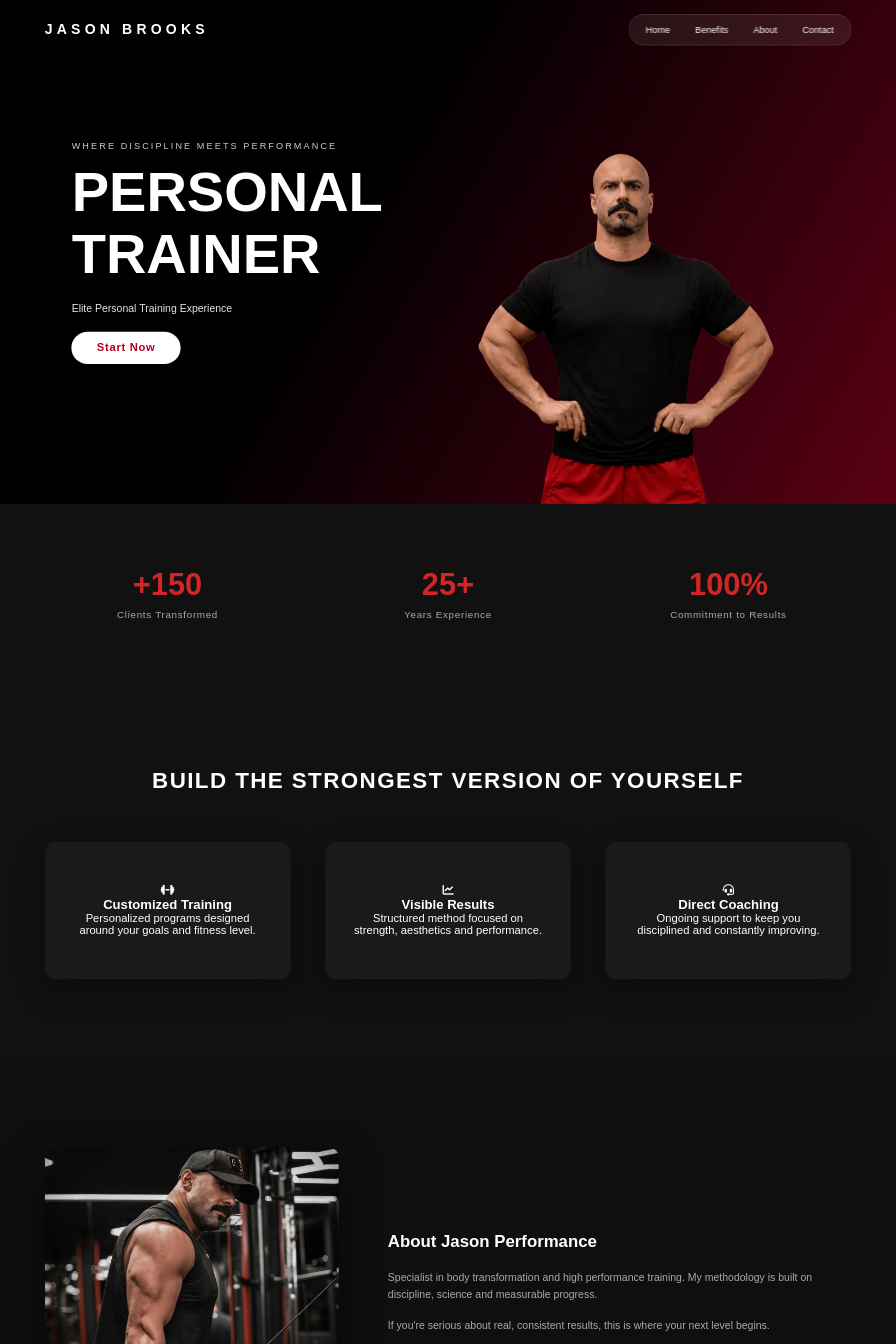
Repository: davidfsillva/Jason-Brooks
Page: index.html
These files come from the project's save history. The page is drawn as it stood at one moment and after the next save; the edit follows.
The browser window is 1280 px wide. The pictures show the part of the page from y = 0 to 1920 px (the page is 3042 px tall), at 70% of full size.
Some web fonts or font styles are not loaded; a fallback is used.

Above is the page before, as saved 2026-02-20 23:26:52.

### index.html
<!DOCTYPE html>
<html lang="en">
<head>
    <!-- META SEO -->
    <meta charset="UTF-8">
    <meta name="viewport" content="width=device-width, initial-scale=1.0">

    <title>Axon Performance | Personal Trainer</title>
    <meta name="description" content="Personal trainer focused on performance, aesthetics and real physical transformation. Customized training programs for serious results.">

    <!-- Open Graph -->
    <meta property="og:title" content="Axon Performance | Personal Trainer">
    <meta property="og:description" content="Customized training programs focused on performance and transformation.">
    <meta property="og:type" content="website">
    <meta property="og:image" content="https://yourdomain.com/preview.jpg">

    <!-- Font Awesome (removido duplicado) -->
    <link rel="stylesheet" href="https://cdnjs.cloudflare.com/ajax/libs/font-awesome/6.5.1/css/all.min.css">

    <!-- Canonical -->
    <link rel="canonical" href="https://yourdomain.com/">

    <!-- CSS -->
    <link rel="stylesheet" href="style.css">

    <!-- JS -->
    <script src="script.js" defer></script>
</head>

<body>

    <!-- ================= HEADER ================= -->
    <header class="header">
        <div class="container nav-container">
            <div class="logo">JASON BROOKS </div>

            <nav class="nav" id="nav">
                <a href="#home" class="active">Home</a>
                <a href="#benefits">Benefits</a>
                <a href="#about">About</a>
                <a href="#contact">Contact</a>
            </nav>

            <button
                class="menu-toggle"
                id="menu-toggle"
                aria-label="Toggle navigation menu"
                aria-expanded="false">

                <span class="hamburger">
                    <span></span>
                    <span></span>
                    <span></span>
                </span>

            </button>
        </div>
    </header>

    <!-- ================= HERO ================= -->
    <section class="hero">

        <div class="hero-content">
            <p class="hero-small">Where Discipline Meets Performance</p>
            <h1>PERSONAL<br>TRAINER</h1>
            <p class="hero-sub">Elite Personal Training Experience</p>
            <a href="#" class="btn-primary">Start Now</a>
        </div>

        <div class="hero-image-side">
            <img src="img/newhero.webp" alt="Personal Trainer">
        </div>

    </section>

    <!-- ================= STATS ================= -->
    <section class="stats">
        <div class="container stats-grid">
            <div class="stat-item">
                <h3>+150</h3>
                <p>Clients Transformed</p>
            </div>
            <div class="stat-item">
                <h3>25+</h3>
                <p>Years Experience</p>
            </div>
            <div class="stat-item">
                <h3>100%</h3>
                <p>Commitment to Results</p>
            </div>
        </div>
    </section>

    <!-- ================= BENEFITS ================= -->
    <section class="benefits" id="benefits">
        <div class="container">
            <h2 class="section-title fade-in">Build the Strongest Version of Yourself</h2>

            <div class="benefits-grid">

                <div class="benefit-card fade-in">
                    <i class="fa-solid fa-dumbbell"></i>
                    <h3>Customized Training</h3>
                    <p>Personalized programs designed around your goals and fitness level.</p>
                </div>

                <div class="benefit-card fade-in">
                    <i class="fa-solid fa-chart-line"></i>
                    <h3>Visible Results</h3>
                    <p>Structured method focused on strength, aesthetics and performance.</p>
                </div>

                <div class="benefit-card fade-in">
                    <i class="fa-solid fa-headset"></i>
                    <h3>Direct Coaching</h3>
                    <p>Ongoing support to keep you disciplined and constantly improving.</p>
                </div>

            </div>
        </div>
    </section>

    <!-- ================= ABOUT ================= -->
    <section class="about" id="about">
        <div class="container about-container fade-in">

            <div class="about-image">
                <img src="img/hero2.webp" alt="Professional personal trainer coaching client">
            </div>

            <div class="about-text">
                <h2>About Jason Performance</h2>
                <p>
                    Specialist in body transformation and high performance training.
                    My methodology is built on discipline, science and measurable progress.
                </p>
                <p>
                    If you're serious about real, consistent results,
                    this is where your next level begins.
                </p>
                <a href="#contact" class="btn-secondary">Work With Me</a>
            </div>

        </div>
    </section>

    <!-- ================= CTA ================= -->
    <section class="cta" id="contact">
        <div class="container fade-in">
            <h2>Ready to Elevate Your Performance?</h2>
            <p>Fill out the form below and start your transformation today.</p>

            <form id="contact-form" class="contact-form" novalidate>
                <input
                    type="text"
                    id="name"
                    placeholder="Your Name"
                    required
                    aria-label="Your Name">

                <input
                    type="email"
                    id="email"
                    placeholder="Your Email"
                    required
                    aria-label="Your Email">

                <button type="submit" class="btn-primary">
                    Start Now
                </button>

                <p id="form-message" role="alert"></p>
            </form>
        </div>
    </section>

    <!-- ================= FOOTER ================= -->
    <footer class="footer">
        <p>© 2026 Jason Brooks - All Rights Reserved</p>
    </footer>

</body>
</html>

### style.css
/* ================= FONT ================= */
@font-face {
    font-family: 'TT Answer';
    src: url('fonts/TTAnswer-Regular.woff2') format('woff2');
    font-weight: 400;
    font-style: normal;
}

@font-face {
    font-family: 'TT Answer';
    src: url('fonts/TTAnswer-Medium.woff2') format('woff2');
    font-weight: 500;
    font-style: normal;
}

@font-face {
    font-family: 'TT Answer';
    src: url('fonts/TTAnswer-Bold.woff2') format('woff2');
    font-weight: 700;
    font-style: normal;
}


/* ================= DESIGN SYSTEM ================= */
:root {
    --primary: #b0002a;
    --primary-light: #d32525;
    --dark: #0f0f0f;
    --dark-light: #1a1a1a;
    --text: #ffffff;
    --text-muted: #aaaaaa;
    --radius: 14px;
    --transition: 0.3s ease;
}


/* ================= RESET ================= */
* {
    margin: 0;
    padding: 0;
    box-sizing: border-box;
}

body {
    font-family: 'Playfair Display', sans-serif;
    background: var(--dark);
    color: var(--text);
    scroll-behavior: smooth;
    -webkit-font-smoothing: antialiased;

}

.container {
    width: 90%;
    max-width: 1200px;
    margin: auto;
}


/* ================= HEADER ================= */
header {
    position: fixed;
    top: 0;
    left: 0;
    width: 100%;
    padding: 20px 0;
    background: transparent;
    z-index: 10;
    transition: 0.3s ease;

}

.nav-container {
    display: flex;
    justify-content: space-between;
    align-items: center;
}

.logo {
    font-size: 20px;
    font-weight: 700;
    letter-spacing: 6px;
    text-transform: uppercase;
}

/* ================= MENU PILL ================= */
.nav {
    display: flex;
    align-items: center;
    padding: 6px;
    border-radius: 40px;
    background: rgba(255,255,255,0.08);
    backdrop-filter: blur(12px);
    border: 1px solid rgba(255,255,255,0.15);
}

.nav a {
    text-decoration: none;
    color: white;
    font-size: 13px;
    font-weight: 500;
    padding: 8px 18px;
    border-radius: 30px;
    transition: 0.3s ease;
}

.nav a.active {
    background: rgba(255, 255, 255, 0.185);
    color: white;
}

.nav a:hover {
    color: var(--primary-light);
}

.menu-toggle {
    display: none;
    font-size: 26px;
    cursor: pointer;
}

.header.scrolled {
    background: rgba(0,0,0,0.85);
    padding: 15px 0;
}

/* ================= HAMBURGER PREMIUM ================= */

.menu-toggle {
    background: none;
    border: none;
    cursor: pointer;
    display: none;
    z-index: 1100;
}

.hamburger {
    width: 28px;
    height: 20px;
    position: relative;
    display: flex;
    flex-direction: column;
    justify-content: space-between;
    transition: 0.4s ease;
}

.hamburger span {
    height: 2px;
    width: 100%;
    background: var(--text);
    border-radius: 2px;
    transition: 0.4s ease;
    transform-origin: center;
}

/* ================= ANIMAÇÃO ATIVO ================= */

.menu-toggle.active .hamburger {
    transform: rotate(180deg);
}

.menu-toggle.active .hamburger span:nth-child(1) {
    transform: translateY(9px) rotate(45deg);
}

.menu-toggle.active .hamburger span:nth-child(2) {
    opacity: 0;
}

.menu-toggle.active .hamburger span:nth-child(3) {
    transform: translateY(-9px) rotate(-45deg);
}



/* ================= HERO ================= */
.hero {
    min-height: 100vh;
    display: flex;
    align-items: center;
    justify-content: space-between;
    padding: 0 8%;
    position: relative;
    background: linear-gradient(
        120deg,
        #000000 40%,
        #5a0015 100%
    );
}

.hero-overlay {
    position: absolute;
    inset: 0;
    z-index: 1;

    background:
        radial-gradient(
            circle at center,
            rgba(0, 0, 0, 0) 40%,
            rgba(0, 0, 0, 0.6) 100%
        ),
        linear-gradient(
            rgba(120, 0, 30, 0.85),
            rgba(120, 0, 30, 0.85)
        );
}

.hero-content {
    flex: 1;
    text-align: left;
    max-width: 600px;
    z-index: 2;
}

.hero-small {
    font-size: 13px;
    letter-spacing: 3px;
    text-transform: uppercase;
    margin-bottom: 15px;
    opacity: 0.8;
}

.hero-content h1 {
    font-size: 80px;
    line-height: 1.1;
}

.hero-sub {
    margin: 25px 0;
    font-size: 15px;
    font-weight: 400;
    opacity: 0.9;
}

.hero-image-side {
    flex: 1;
    display: flex;
    justify-content: flex-end; /* mantém no lado direito */
    align-items: center;
    padding-right: 70px; /* controla o quanto ela se afasta da borda */
    align-self: flex-end; /* 👈 desce a imagem */

}

.hero-image-side img {
    width: 85%;
    max-width: 450px;
}


/* ================= BUTTONS ================= */
.btn-primary {
    display: inline-block;
    padding: 14px 36px;
    background: var(--text);
    color: var(--primary);
    text-decoration: none;
    font-weight: 600;
    border-radius: 30px;
    letter-spacing: 1px;
    transition: var(--transition);
}

.btn-primary:hover {
    background: var(--primary-light);
    color: white;
    transform: translateY(-3px);
}

.btn-secondary {
    display: inline-block;
    margin-top: 20px;
    padding: 12px 30px;
    border: 2px solid var(--primary);
    color: var(--primary);
    text-decoration: none;
    border-radius: 30px;
    font-weight: 500;
    transition: var(--transition);
}

.btn-secondary:hover {
    background: var(--primary);
    color: white;
}


/* ================= STATS ================= */
.stats {
    background: #111;
    padding: 90px 0;
    text-align: center;
}

.stats-grid {
    display: grid;
    grid-template-columns: repeat(auto-fit, minmax(200px, 1fr));
    gap: 50px;
}

.stat-item h3 {
    font-size: 44px;
    font-weight: 700;
    color: var(--primary-light);
}

.stat-item p {
    margin-top: 10px;
    font-size: 14px;
    color: var(--text-muted);
    letter-spacing: 1px;
}


/* ================= BENEFITS ================= */
.benefits {
    padding: 120px 0;
    background: #111;
    text-align: center;
}

.section-title {
    margin-bottom: 70px;
    font-size: 32px;
    font-weight: 700;
    letter-spacing: 2px;
    text-transform: uppercase;
}

.benefits-grid {
    display: grid;
    grid-template-columns: repeat(auto-fit, minmax(260px, 1fr));
    gap: 50px;
}

.benefit-card {
    background: var(--dark-light);
    padding: 60px 35px;
    border-radius: var(--radius);
    transition: var(--transition);
    box-shadow: 0 15px 40px rgba(0,0,0,0.4);
}

.benefit-card:hover {
    transform: translateY(-10px);
    background: #222;
}

.icon {
    font-size: 32px;
    color: var(--primary-light);
    margin-bottom: 25px;
    transition: 0.3s ease;
}

.benefit-card:hover .icon {
    transform: scale(1.15);
    color: white;
}


/* ================= ABOUT ================= */
.about {
    padding: 120px 0;
    background: var(--dark);
}

.about-container {
    display: flex;
    gap: 70px;
    align-items: center;
    flex-wrap: wrap;
}

.about-image img {
    width: 100%;
    max-width: 420px;
    border-radius: var(--radius);
    box-shadow: 0 25px 60px rgba(0,0,0,0.6);
}

.about-text {
    flex: 1;
}

.about h2 {
    margin-bottom: 25px;
    font-weight: 700;
}

.about p {
    margin-bottom: 18px;
    line-height: 1.7;
    font-size: 15px;
    color: var(--text-muted);
}


/* ================= CTA PREMIUM ================= */
.cta {
    padding: 140px 0;
    background: radial-gradient(circle at top left, rgba(255,0,80,0.25), transparent 60%),
                linear-gradient(120deg, #5a0015, #b0002a);
    text-align: center;
    position: relative;
}

.cta h2 {
    font-size: 36px;
    margin-bottom: 15px;
    letter-spacing: 2px;
    text-transform: uppercase;
}

.cta p {
    color: rgba(255,255,255,0.8);
    margin-bottom: 40px;
    font-size: 15px;
}

/* Card do formulário */
.contact-form {
    background: rgba(255,255,255,0.06);
    backdrop-filter: blur(18px);
    padding: 45px 35px;
    border-radius: 20px;
    display: flex;
    flex-direction: column;
    gap: 18px;
    max-width: 420px;
    margin: auto;
    box-shadow: 0 30px 60px rgba(0,0,0,0.5);
    border: 1px solid rgba(255,255,255,0.08);
}

/* Inputs */
.contact-form input {
    padding: 16px 20px;
    border-radius: 30px;
    border: 1px solid rgba(255,255,255,0.15);
    background: rgba(0,0,0,0.4);
    color: white;
    font-family: 'TT Answer', sans-serif;
    font-size: 14px;
    transition: 0.3s ease;
}

.contact-form input::placeholder {
    color: rgba(255,255,255,0.5);
}

.contact-form input:focus {
    border-color: var(--primary-light);
    box-shadow: 0 0 0 3px rgba(255,45,85,0.2);
    outline: none;
}

/* Botão */
.contact-form button {
    padding: 15px;
    border-radius: 30px;
    border: none;
    background: white;
    color: var(--primary);
    font-weight: 600;
    letter-spacing: 1px;
    cursor: pointer;
    transition: 0.3s ease;
}

.contact-form button:hover {
    background: var(--primary-light);
    color: white;
    transform: translateY(-3px);
    box-shadow: 0 10px 25px rgba(0,0,0,0.4);
}

/* Mensagem */
#form-message {
    margin-top: 12px;
    font-size: 14px;
    color: #ffffffcc;
}


/* ================= FOOTER ================= */
.footer {
    text-align: center;
    padding: 30px;
    background: #000;
    font-size: 13px;
    letter-spacing: 1px;
    color: var(--text-muted);
}


/* ================= ANIMATION ================= */
.fade-in {
    opacity: 0;
    transform: translateY(30px);
    transition: 0.8s ease;
}

.fade-in.visible {
    opacity: 1;
    transform: translateY(0);
}

section {
    scroll-margin-top: 120px;
}


/* ================= RESPONSIVE ================= */
@media(max-width: 768px) {

    .hero {
        flex-direction: column;
        text-align: center;
    }

    .hero-image-side {
        justify-content: center;
        margin-top: 30px;
    }

    .hero-content {
        text-align: center;
        padding-left: 0;
    }

    .hero h1 {
        font-size: 60px;
        letter-spacing: 10px;
    }

    .about-container {
        flex-direction: column;
        text-align: center;
    }

    .nav {
        position: absolute;
        top: 80px;
        right: 0;
        background: black;
        flex-direction: column;
        width: 220px;
        padding: 25px;
        display: none;
    }

    .nav.active {
        display: flex;
    }

    .menu-toggle {
        display: block;
    }
}

### script.js
// ================= MENU MOBILE =================
const toggle = document.getElementById("menu-toggle");
const nav = document.getElementById("nav");
const icon = toggle.querySelector("i");

toggle.addEventListener("click", () => {

    const isActive = nav.classList.toggle("active");

    toggle.classList.toggle("active");
    toggle.setAttribute("aria-expanded", isActive);

    // Troca ícone
    if (isActive) {
        icon.classList.remove("fa-bars");
        icon.classList.add("fa-xmark");
    } else {
        icon.classList.remove("fa-xmark");
        icon.classList.add("fa-bars");
    }
});

// ================= HEADER SCROLL EFFECT =================
const header = document.querySelector(".header");

if (header) {
    window.addEventListener("scroll", () => {
        header.classList.toggle("scrolled", window.scrollY > 50);
    });
}


/*
IMPORTANTE:
Adicione isso no CSS:

.header.scrolled {
    background: rgba(0,0,0,0.85);
    padding: 15px 0;
}
*/


// ================= SCROLL REVEAL =================
const faders = document.querySelectorAll(".fade-in");

if ("IntersectionObserver" in window && faders.length > 0) {

    const appearOptions = {
        threshold: 0.15,
        rootMargin: "0px 0px -50px 0px"
    };

    const appearOnScroll = new IntersectionObserver((entries, observer) => {
        entries.forEach(entry => {

            if (!entry.isIntersecting) return;

            entry.target.classList.add("visible");
            observer.unobserve(entry.target);

        });
    }, appearOptions);

    faders.forEach((el, index) => {
        el.style.transitionDelay = `${index * 0.1}s`;
        appearOnScroll.observe(el);
    });
}


// ================= FORM VALIDATION =================
const form = document.getElementById("contact-form");
const message = document.getElementById("form-message");

if (form && message) {

    form.addEventListener("submit", function(e){
        e.preventDefault();

        const name = document.getElementById("name").value.trim();
        const email = document.getElementById("email").value.trim();

        const emailRegex = /^[^\s@]+@[^\s@]+\.[^\s@]+$/;

        if (name.length < 3) {
            message.textContent = "Please enter a valid name (min. 3 characters).";
            message.style.color = "yellow";
            return;
        }

        if (!emailRegex.test(email)) {
            message.textContent = "Please enter a valid email address.";
            message.style.color = "yellow";
            return;
        }

        message.textContent = "Message sent successfully!";
        message.style.color = "lightgreen";

        form.reset();
    });
}

const sections = document.querySelectorAll("section");
const navLinks = document.querySelectorAll(".nav a");

window.addEventListener("scroll", () => {
  let current = "";

  sections.forEach(section => {
    const sectionTop = section.offsetTop - 150;
    if (scrollY >= sectionTop) {
      current = section.getAttribute("id");
    }
  });

  navLinks.forEach(link => {
    link.classList.remove("active");
    if (link.getAttribute("href") === "#" + current) {
      link.classList.add("active");
    }
  });
});

After the next save:
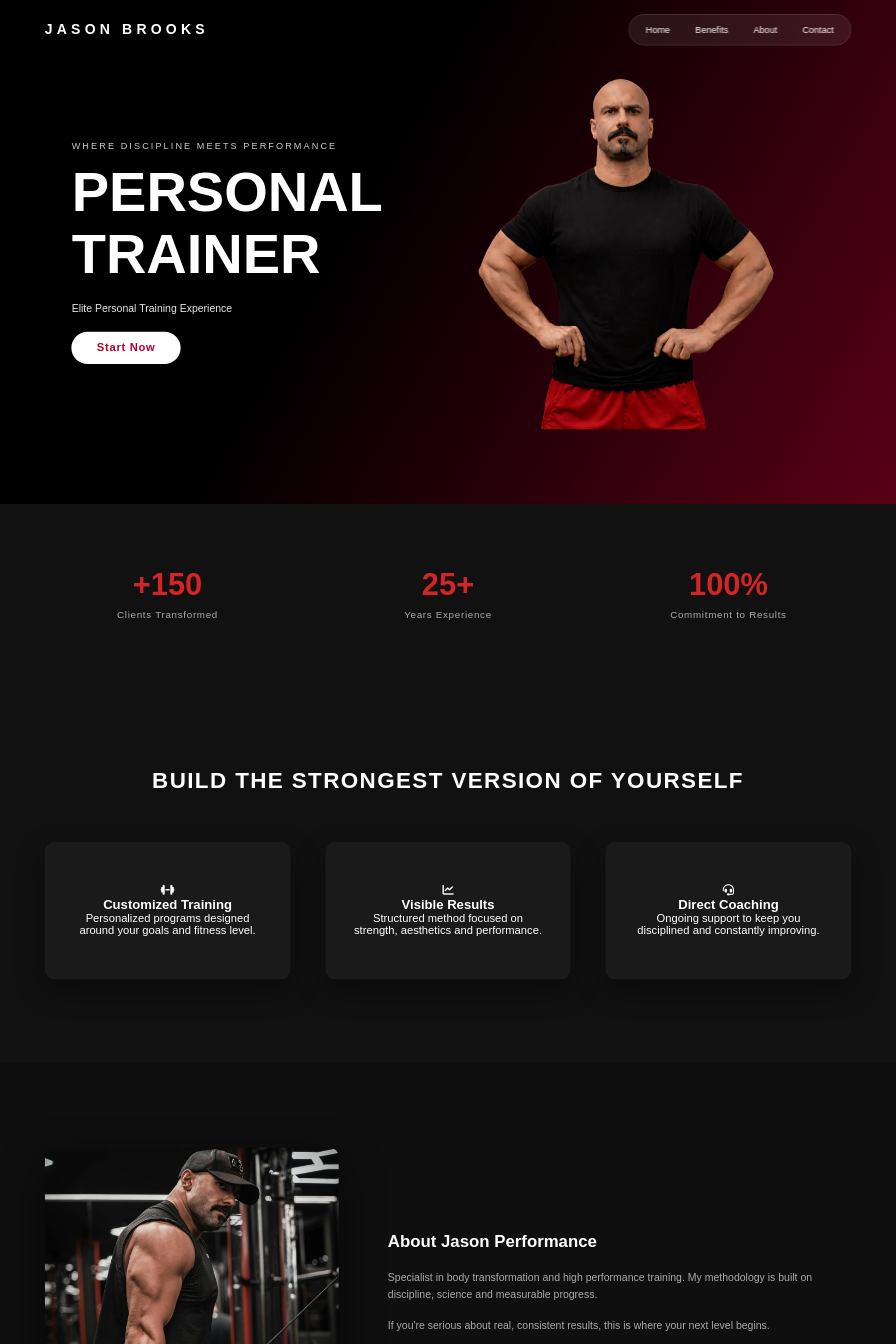
Saved 6 s later.
--- a/style.css
+++ b/style.css
@@ -238,7 +238,6 @@
     justify-content: flex-end; /* mantém no lado direito */
     align-items: center;
     padding-right: 70px; /* controla o quanto ela se afasta da borda */
-    align-self: flex-end; /* 👈 desce a imagem */
 
 }
 
